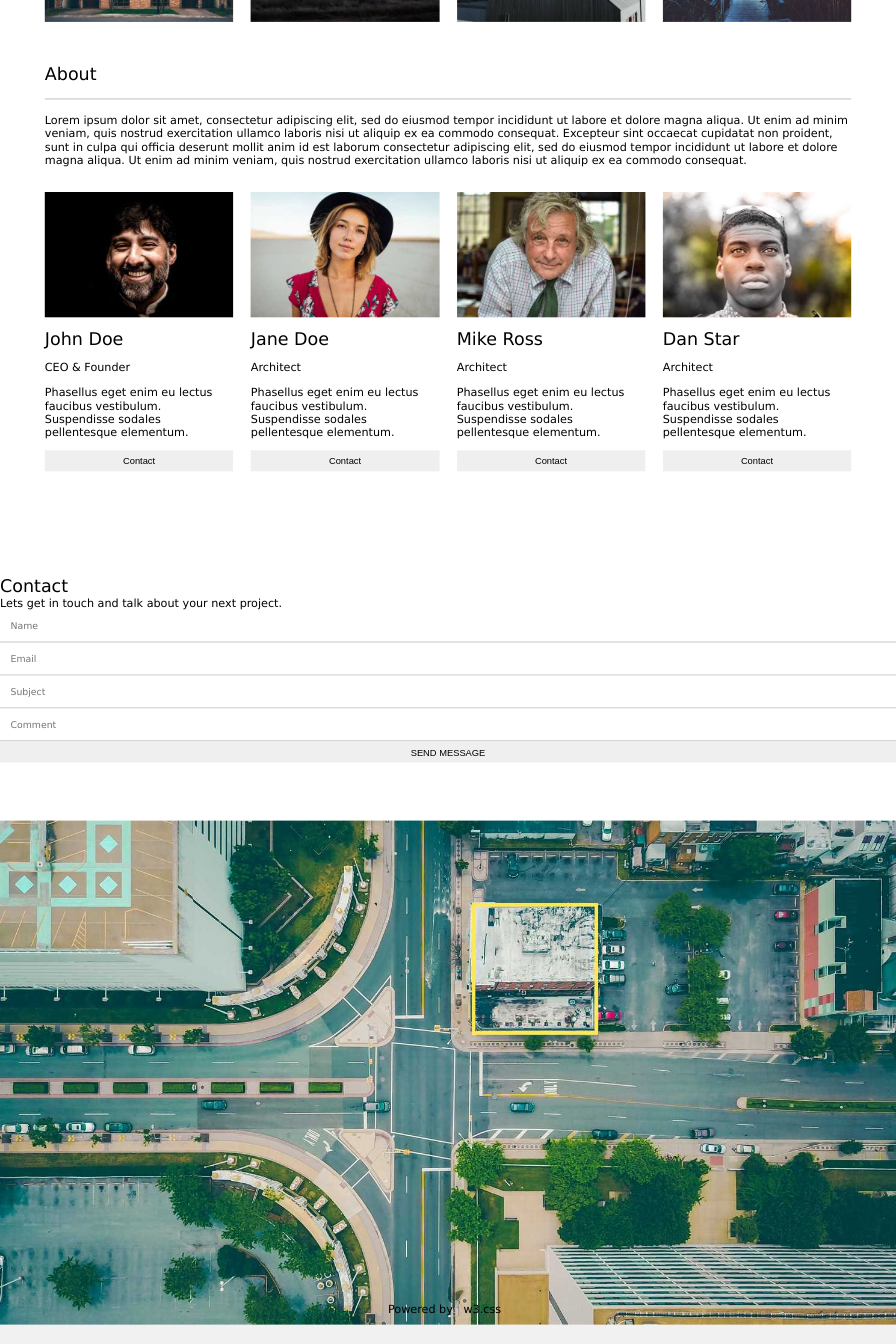
Repository: hesshess/clonecoding-assignment
Page: 2-ba-architects/template2.html
These files come from the project's save history. The page is drawn as it stood at one moment and after the next save; the edit follows.
The browser window is 1280 px wide. The pictures show the part of the page from y = 1136 to 3056 px (the page is 3056 px tall), at 70% of full size.

Above is the page before, as saved 2022-03-15 20:35:06.

After the next save:
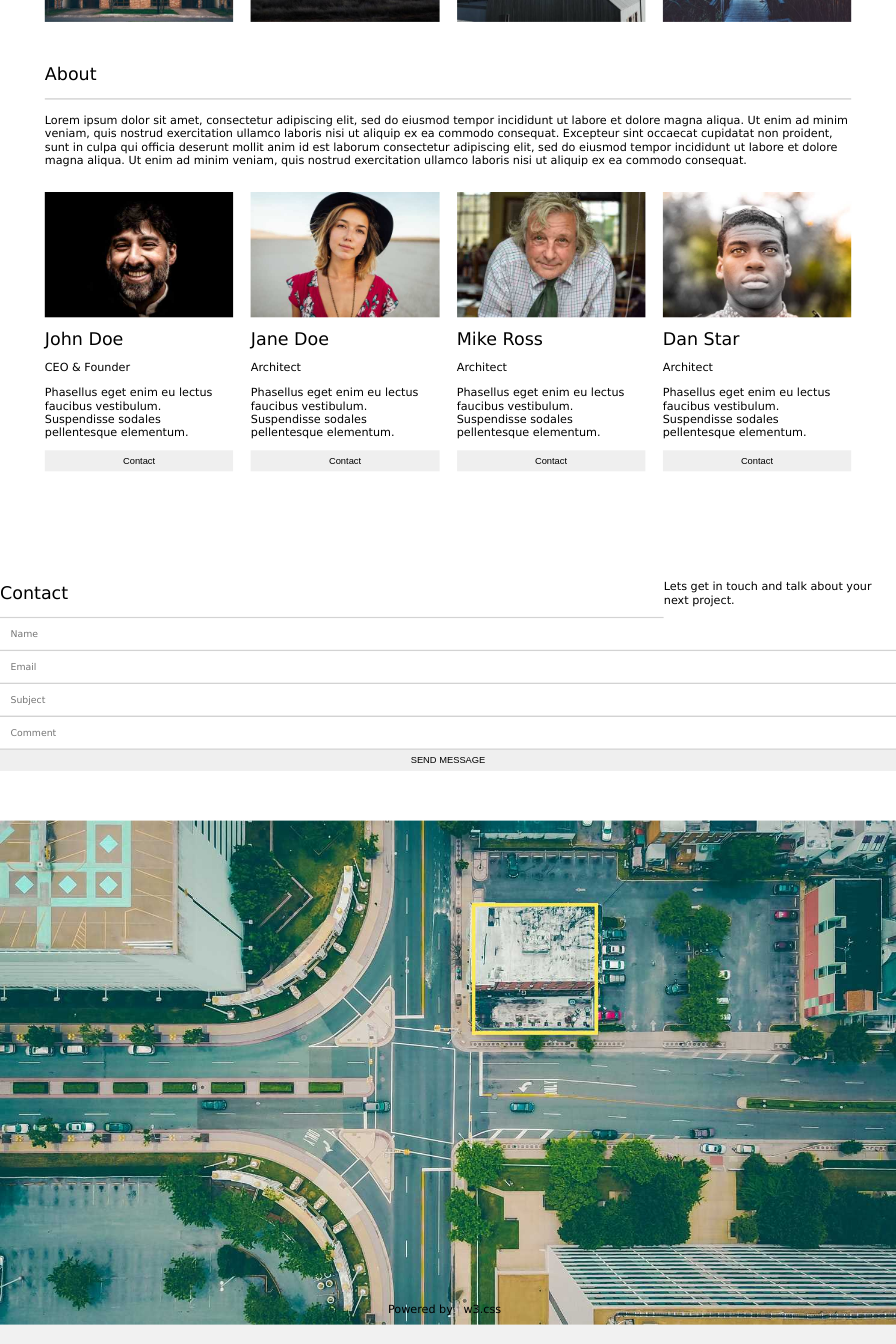
Saved 78 s later.
--- a/2-ba-architects/template2.html
+++ b/2-ba-architects/template2.html
@@ -130,8 +130,10 @@
 
       <!-- Contact Section -->
       <section id="contact">
-        <h3>Contact</h3>
-        <p>Lets get in touch and talk about your next project.</p>
+        <div class="title-box">
+          <h3>Contact</h3>
+          <p>Lets get in touch and talk about your next project.</p>
+        </div>
         <form>
           <input type="text" placeholder="Name" required name="Name" />
           <input type="text" placeholder="Email" required name="Email" />
